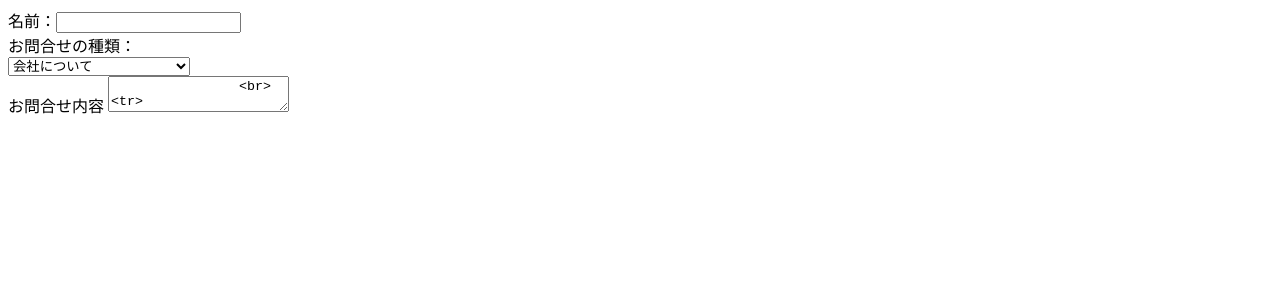
Repository: manchesterunited0128/test
Page: http://localhost/WebProj1/inquiry.jsp
An editor plug-in stored every save of this project. The page is shown before and after the next save, followed by the edit.
The browser window is 1280 px wide. The pictures show the whole page.
The page is served by Tomcat 9.

Above is the page before, as saved 2019-08-30 07:08:08.

After the next save:
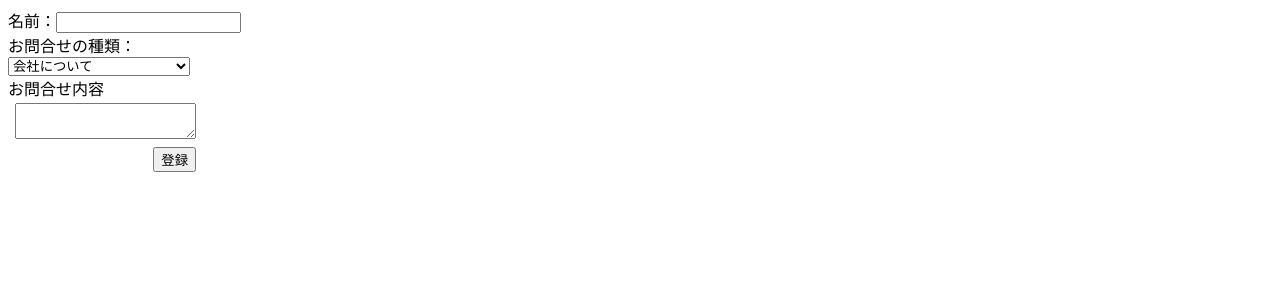
Saved 8 min 21 s later.
--- a/WebProj1/WebContent/inquiry.jsp
+++ b/WebProj1/WebContent/inquiry.jsp
@@ -17,7 +17,7 @@
 		</select>
 		<br>
 		お問合せ内容
-		<textarea name="body"/>
+		<s:textarea name="body"/>
 		<br><s:submit value="登録"/>
 	</s:form>
 </body>
